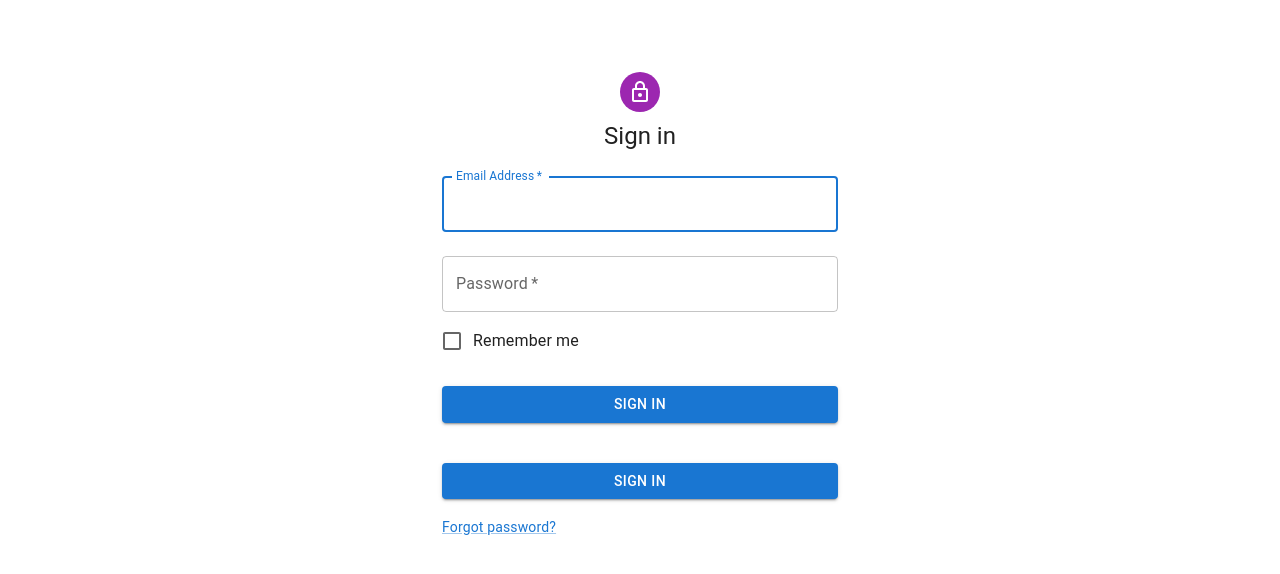
Repository: background-position/midway-react
Page: /about
The author's editor kept a copy of each file at every save. The page is drawn from the files as they stood at one save, then again after a run of saves.
The browser window is 1280 px wide. The pictures show the whole page.
The project was rebuilt for these pictures with package versions that can differ from the ones it lists, and the page was loaded fresh each time. Also part of the build but not shown: vite.config.ts, src/apis/lambda/index.ts, src/pages/index.tsx.

Above is the page before, as saved 2021-12-30 17:40:50.

### src/main.tsx
import React from 'react';
import ReactDOM from 'react-dom';
import './index.css';
import App from './App';
import { BrowserRouter } from 'react-router-dom';
ReactDOM.render(
    <BrowserRouter>
        <React.StrictMode>
            <App />
        </React.StrictMode>
    </BrowserRouter>,
    document.getElementById('root'),
);

### src/App.tsx
import React from 'react';
import { Routes, Route } from 'react-router-dom';
import About from './pages/about';
import Index from './pages/index';
function App() {
    return (
        <div className="App">
            <Routes>
                <Route path="/" element={<Index />} />
                <Route path="about" element={<About />} />
            </Routes>
        </div>
    );
}
export default App;

### src/pages/about.tsx
import * as React from 'react';
import Avatar from '@mui/material/Avatar';
import Button from '@mui/material/Button';
import CssBaseline from '@mui/material/CssBaseline';
import TextField from '@mui/material/TextField';
import FormControlLabel from '@mui/material/FormControlLabel';
import Checkbox from '@mui/material/Checkbox';
import Link from '@mui/material/Link';
import Grid from '@mui/material/Grid';
import Box from '@mui/material/Box';
import LockOutlinedIcon from '@mui/icons-material/LockOutlined';
import Typography from '@mui/material/Typography';
import Container from '@mui/material/Container';
import { createTheme, ThemeProvider } from '@mui/material/styles';

function Copyright(props: any) {
    return (
        <Typography
            variant="body2"
            color="text.secondary"
            align="center"
            {...props}
        >
            {'Copyright © '}
            <Link color="inherit" href="https://mui.com/">
                Your Website
            </Link>{' '}
            {new Date().getFullYear()}
            {'.'}
        </Typography>
    );
}

const theme = createTheme();

export default function SignIn() {
    const handleSubmit = (event: React.FormEvent<HTMLFormElement>) => {
        event.preventDefault();
        const data = new FormData(event.currentTarget);
        // eslint-disable-next-line no-console
        console.log({
            email: data.get('email'),
            password: data.get('password'),
        });
    };

    return (
        <ThemeProvider theme={theme}>
            <Container component="main" maxWidth="xs">
                <CssBaseline />
                <Box
                    sx={{
                        marginTop: 8,
                        display: 'flex',
                        flexDirection: 'column',
                        alignItems: 'center',
                    }}
                >
                    <Avatar sx={{ m: 1, bgcolor: 'secondary.main' }}>
                        <LockOutlinedIcon />
                    </Avatar>
                    <Typography component="h1" variant="h5">
                        Sign in
                    </Typography>
                    <Box
                        component="form"
                        onSubmit={handleSubmit}
                        noValidate
                        sx={{ mt: 1 }}
                    >
                        <TextField
                            margin="normal"
                            required
                            fullWidth
                            id="email"
                            label="Email Address"
                            name="email"
                            autoComplete="email"
                            autoFocus
                        />
                        <TextField
                            margin="normal"
                            required
                            fullWidth
                            name="password"
                            label="Password"
                            type="password"
                            id="password"
                            autoComplete="current-password"
                        />
                        <FormControlLabel
                            control={
                                <Checkbox value="remember" color="primary" />
                            }
                            label="Remember me"
                        />
                        <Button
                            type="submit"
                            fullWidth
                            variant="contained"
                            sx={{ mt: 3, mb: 2 }}
                        >
                            Sign In
                        </Button>
                        <Button
                            type="submit"
                            fullWidth
                            variant="contained"
                            sx={{ mt: 3, mb: 2 }}
                        >
                            Sign In
                        </Button>
                        <Grid container>
                            <Grid item xs>
                                <Link href="#" variant="body2">
                                    Forgot password?
                                </Link>
                            </Grid>
                        </Grid>
                    </Box>
                </Box>
            </Container>
        </ThemeProvider>
    );
}

Loaded but not shown: index.html (common file); src/index.css (common file)

After the next 3 saves:
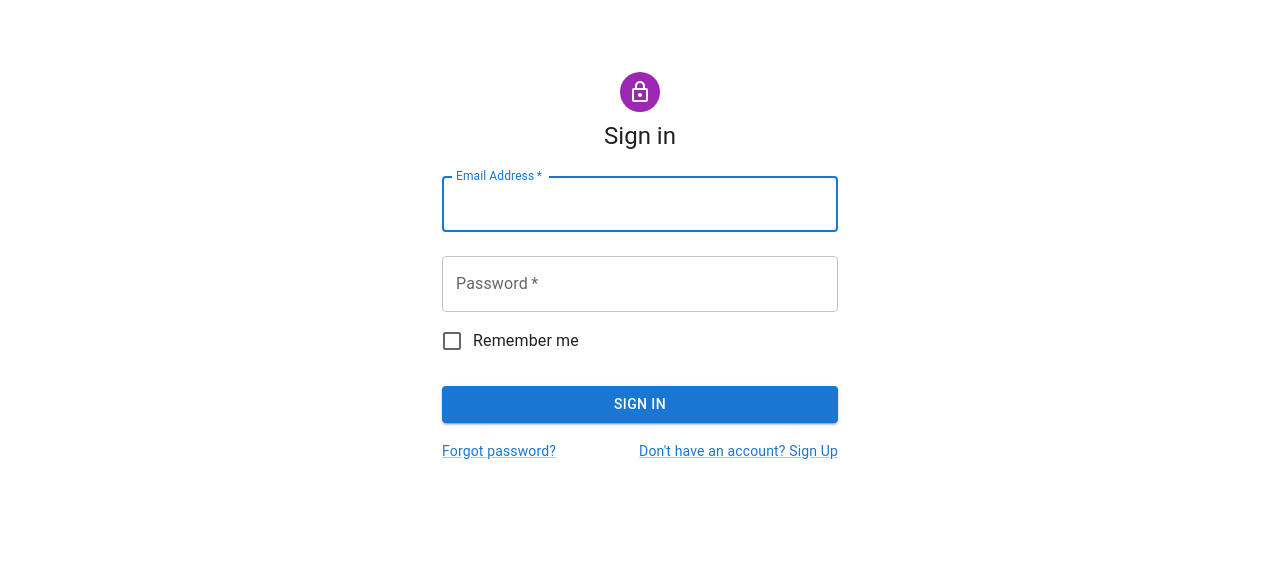
The 3 saves are shown as one change because they came seconds apart.
The last was saved 7 s later.
--- a/src/pages/about.tsx
+++ b/src/pages/about.tsx
@@ -102,18 +102,15 @@ export default function SignIn() {
                         >
                             Sign In
                         </Button>
-                        <Button
-                            type="submit"
-                            fullWidth
-                            variant="contained"
-                            sx={{ mt: 3, mb: 2 }}
-                        >
-                            Sign In
-                        </Button>
                         <Grid container>
                             <Grid item xs>
                                 <Link href="#" variant="body2">
                                     Forgot password?
+                                </Link>
+                            </Grid>
+                            <Grid item>
+                                <Link href="#" variant="body2">
+                                    {"Don't have an account? Sign Up"}
                                 </Link>
                             </Grid>
                         </Grid>
